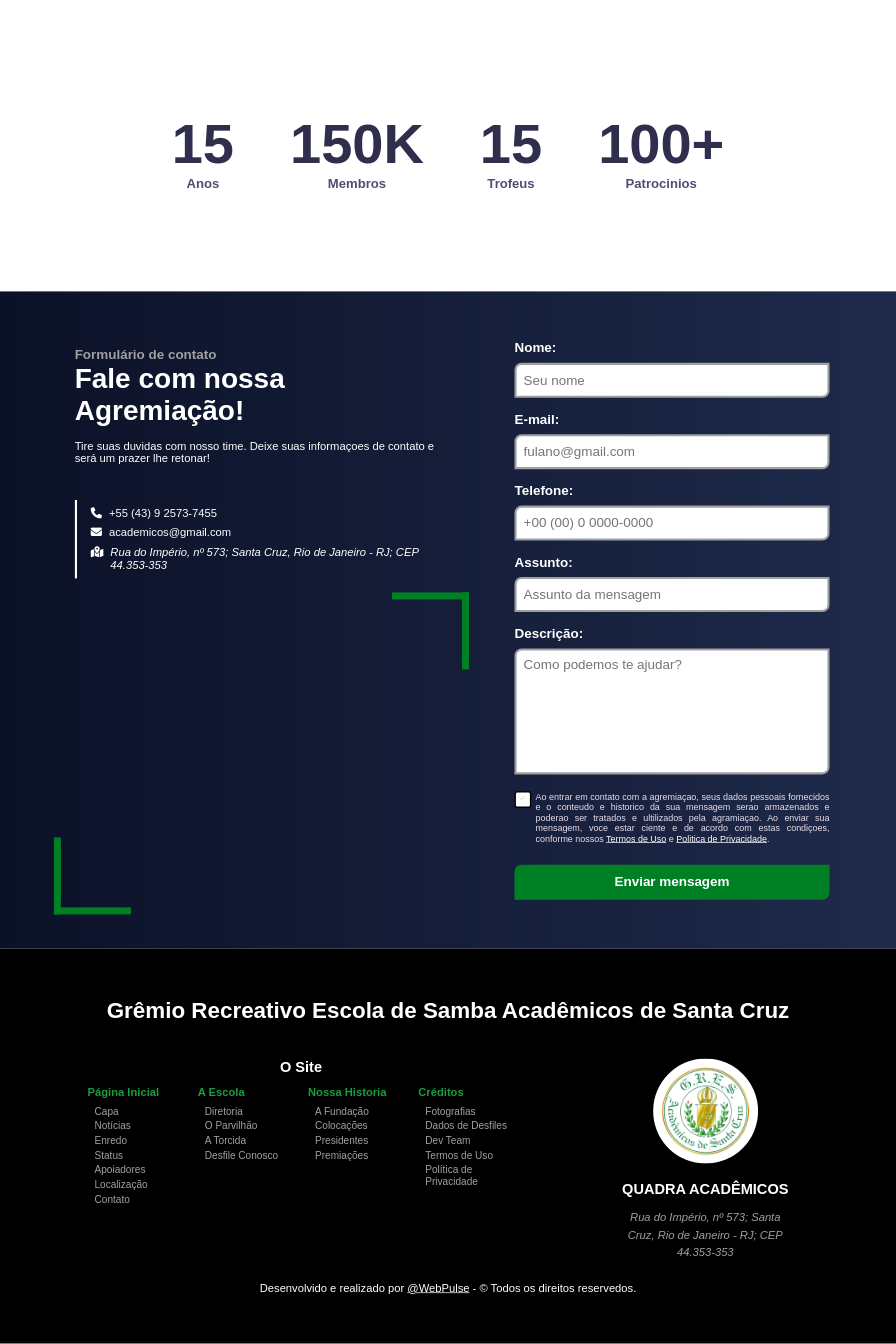
Repository: Lorsuz/gresasco
Page: index.html
These files come from the project's save history. The page is drawn as it stood at one moment and after the next save; the edit follows.
The browser window is 1280 px wide. The pictures show the part of the page from y = 2645 to 4565 px (the page is 4565 px tall before and 4159 px after), at 70% of full size.
Pictures or frames that could not be fetched are drawn as grey boxes. Some web fonts or font styles are not loaded; a fallback is used. The style sheet was rebuilt from its Sass, Less or Tailwind sources for each picture, by a compiler version that may differ from the author's.

Above is the page before, as saved 2023-11-07 11:04:53.

### index.html
<!DOCTYPE html>
<html lang="en">
	<head>
		<meta charset="UTF-8">
		<meta name="viewport" content="width=device-width, initial-scale=1.0">
		<link rel="shortcut icon" href="./components/assets/images/logo - gresasc.jpg" type="image/x-icon">
		<title>Home</title>
		<link rel="stylesheet" href="./components/css/partials/header.css">
		<link rel="stylesheet" href="./components/css/index.css">
		<link rel="stylesheet" href="./components/css/partials/footer.css">
		<link rel="stylesheet" href="https://cdnjs.cloudflare.com/ajax/libs/font-awesome/6.4.2/css/all.min.css" integrity="sha512-z3gLpd7yknf1YoNbCzqRKc4qyor8gaKU1qmn+CShxbuBusANI9QpRohGBreCFkKxLhei6S9CQXFEbbKuqLg0DA==" crossorigin="anonymous" referrerpolicy="no-referrer" />
		<link rel="stylesheet" href="https://cdn.jsdelivr.net/npm/swiper@11/swiper-bundle.min.css" />
		<link rel="stylesheet" href="https://cdn.jsdelivr.net/npm/bootstrap-icons@1.11.1/font/bootstrap-icons.css">
	</head>
	<body>
		<header class="wrapper">
			<article class="nav-bar wrapper__container">
				<section class="logo">
					<img src="./components/assets/images/logo - gresasc.jpg" alt="">
				</section>
				<nav>
					<ul>
						<li><a href="#">Página Inicial</a></li>
						<li><a href="#">A Escola</a></li>
						<li><a href="#">Nossa Historia</a></li>
						<li><a href="#">Socio Torcedor</a></li>
						<li><a href="#">Créditos</a></li>
					</ul>
				</nav>
			</article>
		</header>
		<main class="">
			<section class="cover wrapper">
				<div class="wrapper__container">
					<div class="left">
						<div class="container">
							<h2>Grêmio Recreativo Escola de Samba</h2>
							<h1>Acadêmicos de Santa Cruz</h1>
							<p>Bem-vindos! Aqui o samba é vida, a cultura é paixão e a alegria é eterna. No coração de Santa Cruz,
								encontre a felicidade em cada batida de tambor. Feliz da vida é quem tem a Santa Cruz no coração.</p>
							<a href="./components/pages/not-found.html">Ir para Loja</a>
						</div>
					</div>
					<div class="right">
						<div class="img">
							<img src="./components/assets/images/logo - gresasc.jpg" alt="">
						</div>
						<ul class="social-links">
							<li>
								<a href="">
									<i class="fa-brands fa-instagram"></i>
								</a>
							</li>
							<li>
								<a href="">
									<i class="fa-brands fa-facebook"></i>
								</a>
							</li>
							<li>
								<a href="">
									<i class="fa-brands fa-youtube"></i>
								</a>
							</li>
							<li>
								<a href="">
									<i class="fa-brands fa-x-twitter"></i>
								</a>
							</li>
						</ul>
					</div>
				</div>
			</section>
			<article class="nav-info">
				<section class="contact">
					<div>
						<i class="fa-solid fa-phone"></i>
						<span>+55 (43) 9 3421-7348</span>
					</div>
					<div>
						<i class="fa-solid fa-envelope"></i>
						<span>gresasc@academicos.com</span>
					</div>
				</section>
				<p>Siga-nos e consiga a chance de ganhar 80% de desconto</p>
				<section class="social-network">
					<span>Redes Sociais:</span>
					<div>
						<a href=""><i class="fa-brands fa-twitter"></i></a>
						<a href=""><i class="fa-brands fa-instagram"></i></a>
						<a href=""><i class="fa-brands fa-youtube"></i></a>
						<a href=""><i class="fa-brands fa-facebook"></i></a>
					</div>
				</section>
			</article>
			<section class="banner">
				<ul class="slides">
					<li>
						<div class="img">
							<img src="components/assets/carnaval-banner.png" alt="">
						</div>
						<div class="text">
							<h2>Evento Academicos</h2>
							<p>Lorem ipsum dolor sit amet consectetur adipisicing elit. Similique deleniti maxime neque, laudantium architecto incidunt placeat labore quaerat atque dolorum?</p>
							<a href="" class="button">Comece agora</a>
						</div>
					</li>
				</ul>
				<button class="prev"><i class="fa-solid fa-chevron-left"></i></button>
				<button class="next"><i class="fa-solid fa-chevron-right"></i></button>
				<ul class="pagination">
					<li class="dot active"></li>
					<li class="dot"></li>
					<li class="dot"></li>
					<li class="dot"></li>
					<li class="dot"></li>
				</ul>
			</section>
			<section class="plot wrapper">
				<div class="description">
					<h2>Enredo 2024</h2>
					<h1>As bruxas estão soltas!</h1>
					<p>O enredo "As Bruxas Estão Soltas!" celebra o poder feminino, explorando a manifestação das energias
						ancestrais através da Deusa Terra e dos quatro elementos da criação.
					</p>
					<p> A narrativa aborda a conexão entre passado e presente, destacando as mulheres que, ao longo da
						história,
						detinham conhecimentos medicinais e
						espirituais, mas foram perseguidas sob a acusação de bruxaria.
					</p>
					<p>O enredo também aborda a resistência dessas
						mulheres e sua contínua luta contra o machismo e a intolerância, honrando a força do sagrado feminino e
						a
						capacidade de voar além dos limites impostos, como estrelas brilhantes no céu.</p>
					<span>Iae, gostou? Para ter acesso a nossa sinopse completa basta baixar o PDF a baixo:</span>
					<button class="custom-button">Baixar Sinopse</button>
				</div>
				<div class="disc-cover">
					<img src="./components/assets/images/Plot/plot-2024.jpeg" alt="Logo Enredo-2024">
					<div class="icons">
						<button id="play-song">
							<i class="bi bi-play"></i>
						</button>
						<button id="pause-song">
							<i class="bi bi-pause"></i>
						</button>
						<div class="player-bars"></div>
					</div>
				</div>
				<script>
					var playSong = document.getElementById( 'play-song' );
					var pauseSong = document.getElementById( 'pause-song' );
					var barsContainer = document.querySelector( '.player-bars' );

					var audio = new Audio( './components/assets/audio/aplot-song.mpeg' );

					for ( var i = 0; i < 100; i++ ) {
						var bar = document.createElement( 'div' );
						bar.classList.add( 'bar' );
						barsContainer.appendChild( bar );
					}

					var bars = document.querySelectorAll( '.bar' );

					playSong.addEventListener( 'click', function () {
						audio.play();
						playSong.style.display = 'none';
						pauseSong.style.display = 'block';
						bars.forEach( function ( bar, index ) {
							<!-- bar.style.animation = `ocilation 1s infinite alternate ${index * (Math.random() * 0.05)}s`; -->
							bar.style.animation = `ocilation 1s forwards`;
						} );
					} );

					pauseSong.addEventListener( 'click', function () {
						audio.pause();

						playSong.style.display = 'block';
						pauseSong.style.display = 'none';

						bars.forEach( function ( bar ) {
							<!-- bar.style.animationPlayState = 'paused'; -->
							bar.style.animation = `ocilation 1s backwards`;
						} );
					} );

				</script>
			</section>
			<section class="sponsors">
				<h1>Patrocinadores e Apoiadores</h1>
				<div class="swiper">
					<div class="swiper-wrapper"></div>
					<div class="swiper-pagination"></div>
				</div>
			</section>
			<section class="details">
				<ul>
					<li>
						<h2>15</h2>
						<h3>Anos</h3>
					</li>
					<li>
						<h2>150K</h2>
						<h3>Membros</h3>
					</li>
					<li>
						<h2>15</h2>
						<h3>Trofeus</h3>
					</li>
					<li>
						<h2>100+</h2>
						<h3>Patrocinios</h3>
					</li>
				</ul>
			</section>
			<section class="contact wrapper">
				<div class="text">
					<h3>Formulário de contato</h3>
					<h2>Fale com nossa Agremiação!</h2>
					<p>Tire suas duvidas com nosso time. Deixe suas informaçoes de contato e será um prazer lhe retonar!</p>
					<ul class="info">
						<li><i class="fa-solid fa-phone"></i><span></span> +55 (43) 9 2573-7455</li>
						<li><i class="fa-solid fa-envelope"></i><span></span> academicos@gmail.com</li>
						<li><i class="fa-solid fa-map-location-dot"></i>
							<address>Rua do Império, nº 573; Santa Cruz, Rio de Janeiro - RJ; CEP 44.353-353</address>
						</li>
					</ul>
					<div class="map">
						<iframe src="https://www.google.com/maps/embed?pb=!1m18!1m12!1m3!1d3674.902216920123!2d-43.69324992558163!3d-22.916977238233624!2m3!1f0!2f0!3f0!3m2!1i1024!2i768!4f13.1!3m3!1m2!1s0x9bf7524c69eb5b%3A0xc5d324fb7fbbd336!2sR.%20do%20Imp%C3%A9rio%2C%20573%20-%20Santa%20Cruz%2C%20Rio%20de%20Janeiro%20-%20RJ%2C%2023555-024!5e0!3m2!1spt-BR!2sbr!4v1698871972883!5m2!1spt-BR!2sbr" width="600" height="450" style="border:0;" allowfullscreen="" loading="lazy" referrerpolicy="no-referrer-when-downgrade"></iframe>
					</div>
				</div>
				<div class="form">
					<form action="">
						<div>
							<label for="">Nome:</label>
							<input type="text" name="" id="" placeholder="Seu nome">
						</div>
						<div>
							<label for="">E-mail:</label>
							<input type="text" name="" id="" placeholder="fulano@gmail.com">
						</div>
						<div>
							<label for="">Telefone:</label>
							<input type="text" name="" id="" placeholder="+00 (00) 0 0000-0000">
						</div>
						<div>
							<label for="">Assunto:</label>
							<input type="text" name="" id="" placeholder="Assunto da mensagem">
						</div>
						<div>
							<label for="">Descrição:</label>
							<textarea name="" id=cols="30" rows="10" placeholder="Como podemos te ajudar?"></textarea>
						</div>
						<div class="agree-terms">
							<input type="checkbox" name="" id="terms">
							<label for="terms">Ao entrar em contato com a agremiaçao, seus dados pessoais fornecidos e o conteudo e historico da sua mensagem serao armazenados e poderao ser tratados e ultilizados pela agramiaçao. Ao enviar sua mensagem, voce estar ciente e de acordo com estas condiçoes, conforme nossos <a href="">Termos de Uso</a> e <a href="">Politica de Privacidade</a>.</label>
						</div>
						<button type="submit">Enviar mensagem</button>
					</form>
				</div>
			</section>
		</main>
		<footer>
			<h1>Grêmio Recreativo Escola de Samba Acadêmicos de Santa Cruz</h1>
			<section class="container wrapper">
				<article class="structure">
					<h2>O Site</h2>
					<ul>
						<li><a href="#">Página Inicial</a>
							<ul>
								<li><a href="">Capa</a></li>
								<li><a href="">Notícias</a></li>
								<li><a href="">Enredo</a></li>
								<li><a href="">Status</a></li>
								<li><a href="">Apoiadores</a></li>
								<li><a href="">Localização</a></li>
								<li><a href="">Contato</a></li>
							</ul>
						</li>
						<li><a href="#">A Escola</a>
							<ul>
								<li><a href="">Diretoria</a></li>
								<li><a href="">O Parvilhão</a></li>
								<li><a href="">A Torcida</a></li>
								<li><a href="">Desfile Conosco</a></li>
							</ul>
						</li>
						<li><a href="#">Nossa Historia</a>
							<ul>
								<li><a href="">A Fundação</a></li>
								<li><a href="">Colocações</a></li>
								<li><a href="">Presidentes</a></li>
								<li><a href="">Premiações</a></li>
							</ul>
						</li>
						<li><a href="#">Créditos</a>
							<ul>
								<li><a href="">Fotografias</a></li>
								<li><a href="">Dados de Desfiles</a></li>
								<li><a href="">Dev Team</a></li>
								<li><a href="">Termos de Uso</a></li>
								<li><a href="">Política de Privacidade</a></li>
							</ul>
						</li>
				</article>
				<article class="address">
					<img src="./components/assets/images/Logo/santa-cruz-logo-removebg-preview.png" alt="Logo da escola">
					<h2>QUADRA ACADÊMICOS</h2>
					<address>Rua do Império, nº 573; Santa Cruz, Rio de Janeiro - RJ; CEP 44.353-353</address>
				</article>
			</section>
			<p>Desenvolvido e realizado por <a href="">@WebPulse</a> - &copy; Todos os direitos reservedos.</p>
		</footer>
		<script type="module" src="./components/js/index.js" deffer></script>
		<script src="https://cdn.jsdelivr.net/npm/swiper@11/swiper-bundle.min.js" deffer></script>
	</body>
</html>

### components/sass/partials/header.scss
@import url("./global.css");

header {
	* {
		color: rgb(218, 218, 218);
	}

	.nav-bar {
		display: flex;
		justify-content: space-between;
		align-items: center;

		section {
			height: 70px;

			&.logo {
				display: flex;
				align-items: center;
				justify-content: center;

				img {
					width: 60px;
					margin-right: 15px;
				}

				span {
					font-size: 2rem;
					color: var(--color-text-soft);
					font-weight: bold;
				}
			}

		}

		nav {
			display: flex;

			ul {
				display: flex;

				li {
					margin: 0 20px;

					a {
						color: var(--color-text-soft);
						font-weight: bold;
						position: relative;

						&::after {
							content: "";
							width: 0%;
							position: absolute;
							height: 3px;
							background: var(--color-primary-soft);
							top: 100%;
							left: 0;
							transition: 300ms ease-in-out;
							transform-origin: right;
						}

						&:hover::after {
							width: 100%;
						}
					}
				}
			}

		}
	}
}

### components/sass/partials/footer.scss
@import url('./global.css');

footer {
	background: #000;
	padding: 70px 20px;

	* {
		color: #fff;
	}

	h1 {
		text-align: center;
		margin-bottom: 50px;
	}


	.container {
		grid-template-columns: repeat(12, 1fr);
		gap: 20px;
		margin-bottom: 30px;


		article {
			display: flex;
			flex-direction: column;
			align-items: center;

			h2 {
				font-size: 1.3rem;
				margin-bottom: 15px;
			}

			&.structure {
				grid-column: 2/8;

				> ul {
					display: grid;
					grid-template-columns: 1fr 1fr 1fr 1fr;
					justify-content: center;
					gap: 20px;

					> li {
						display: inline-block;
						grid-column: 1fr;

						> a {
							color: var(--color-primary-soft);
							font-size: 1rem;
							display: block;
							margin-bottom: 10px;
							font-weight: bold;

							&:hover {
								color: var(--color-primary);
								text-decoration: underline;

							}
						}

						> ul {
							> li {
								padding-left: 10px;

								> a {
									color: var(--color-gray);
									font-size: 0.9rem;
									margin-bottom: 5px;
									display: block;

									&:hover {
										color: var(--color-white);
										text-decoration: underline;
									}
								}
							}
						}
					}
				}
			}

			&.address {
				grid-column: 9/12;


				img {
					width: 150px;
					margin-bottom: 30px;
					border-radius: 50%;
					margin-bottom: 25px;
					background: #fff;
					width: 150px;
				}

				address {
					text-align: center;
					width: 80%;
					line-height: 25px;
					color: var(--color-gray);

				}

			}
		}
	}

	> p {
		text-align: center;

		a {
			text-decoration: underline;
		}
	}
}

### components/sass/partials/global.scss
@import url("https://fonts.googleapis.com/css2?family=Clicker+Script&display=swap");
@import url('https://fonts.googleapis.com/css2?family=Poppins:ital,wght@0,100;0,200;0,300;0,400;0,500;0,600;0,700;0,800;0,900;1,100;1,200;1,300;1,400;1,500;1,600;1,700;1,800;1,900&display=swap');

@font-face {
	font-family: wedding;
	src: url("/components/assets/fonts/Wedding\ Text\ Std\ Regular.otf");
}

@font-face {
	font-family: Poppins;
	src: url("https://fonts.googleapis.com/css2?family=Poppins:ital,wght@0,100;0,200;0,300;0,400;0,500;0,600;0,700;0,800;0,900;1,100;1,200;1,300;1,400;1,500;1,600;1,700;1,800;1,900&display=swap");
}

// @import "./animations/@keyframes.css";

:root {

	--color-primary: #008025;
	--color-black: #000000;
	--color-white: #ffffff;
	--color-gray: #a0a0a0;
	--color-text: #302e4d;

	--color-primary-soft: #1a9d40;
	--color-black-soft: #252525;
	--color-white-soft: #f2f2fc;
	--color-gray-soft: #e8dfec;
	--color-text-soft: #504e70;
}

button {
	cursor: pointer;

	* {
		cursor: pointer;
	}

	i {
		color: var(--color-primary);
		font-size: 25px;
		transition: transform 500ms ease-in-out;
	}
}

* {
	margin: 0;
	padding: 0;
	outline: none;
	border: none;
	text-decoration: none;
	box-sizing: border-box;
	list-style: none;
	font-family: "Poppins", sans-serif;
	font-family: Arial, Helvetica, sans-serif;
	transition: 300ms ease-in-out;
	// outline: 1px dotted;
	color: var(--color-black-soft);
	background: transparent;
}

body {
	width: 100vw;
	overflow-x: hidden;

	&::-webkit-scrollbar {
		width: 5px;
	}

	&::-webkit-scrollbar-track {
		background: var(--background-middle);
	}

	&::-webkit-scrollbar-thumb {
		background: var(--color-primary);
		border-radius: 10px;
	}
}

main {
	min-height: 100vh;

}

.wrapper {
	display: grid;
	grid-template-columns: repeat(12, 1fr);

	.wrapper__container {
		grid-column: 2 / 12;
	}
}

.custom-button {
	display: inline-block;
	padding: 10px 50px;
	background: var(--color-primary-soft);
	color: var(--color-white);
	font-weight: bold;
	border-radius: 10px 0;
	font-size: 1.1rem;

	&:hover {
		background: var(--color-primary);
		border-radius: 0px 10px;
	}
}

Loaded but not shown: components/json/data.json (32 lines, source omitted); components/js/classes/SwiperConfigSponsors.js (34 lines, source omitted); components/js/APIs/Sponsors.js (19 lines, source omitted); components/js/functions/Swiper.js (7 lines, source omitted); components/js/index.js (1 lines, source omitted); components/sass/index.scss (742 lines, source omitted)

After the next save:
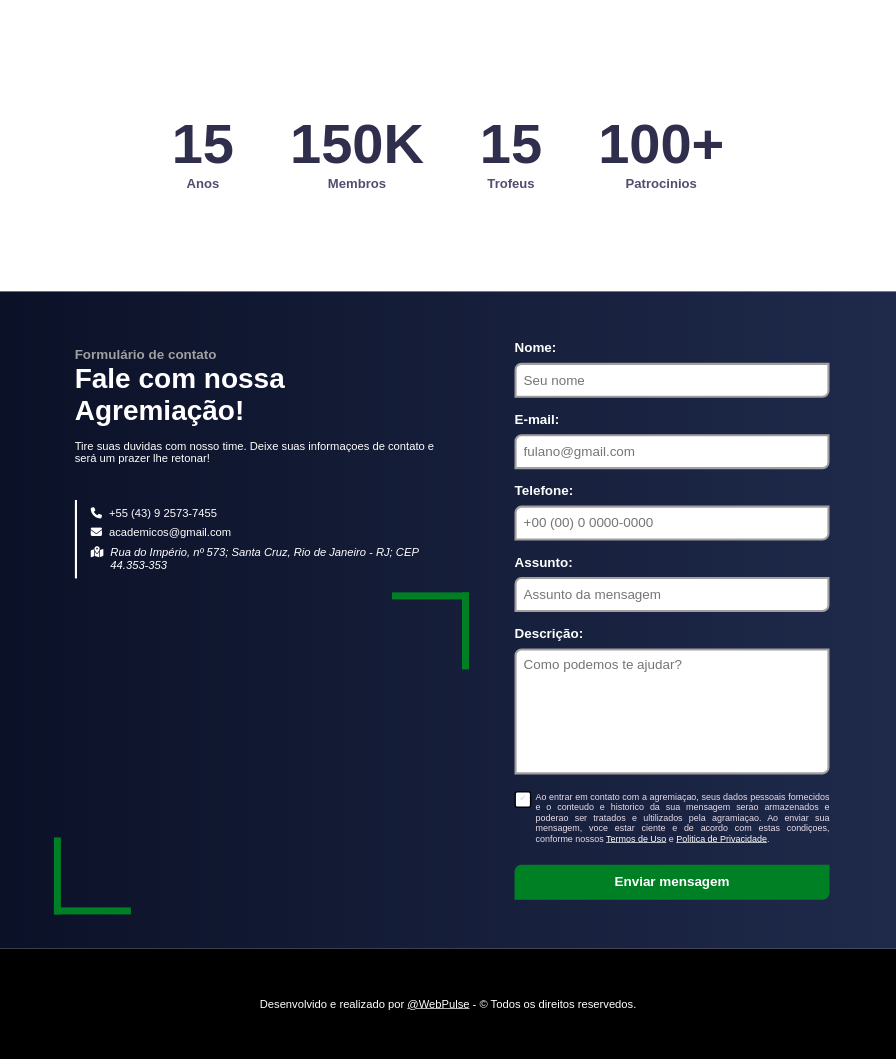
Saved 42 min 2 s later.
--- a/index.html
+++ b/index.html
@@ -260,54 +260,7 @@
 			</section>
 		</main>
 		<footer>
-			<h1>Grêmio Recreativo Escola de Samba Acadêmicos de Santa Cruz</h1>
-			<section class="container wrapper">
-				<article class="structure">
-					<h2>O Site</h2>
-					<ul>
-						<li><a href="#">Página Inicial</a>
-							<ul>
-								<li><a href="">Capa</a></li>
-								<li><a href="">Notícias</a></li>
-								<li><a href="">Enredo</a></li>
-								<li><a href="">Status</a></li>
-								<li><a href="">Apoiadores</a></li>
-								<li><a href="">Localização</a></li>
-								<li><a href="">Contato</a></li>
-							</ul>
-						</li>
-						<li><a href="#">A Escola</a>
-							<ul>
-								<li><a href="">Diretoria</a></li>
-								<li><a href="">O Parvilhão</a></li>
-								<li><a href="">A Torcida</a></li>
-								<li><a href="">Desfile Conosco</a></li>
-							</ul>
-						</li>
-						<li><a href="#">Nossa Historia</a>
-							<ul>
-								<li><a href="">A Fundação</a></li>
-								<li><a href="">Colocações</a></li>
-								<li><a href="">Presidentes</a></li>
-								<li><a href="">Premiações</a></li>
-							</ul>
-						</li>
-						<li><a href="#">Créditos</a>
-							<ul>
-								<li><a href="">Fotografias</a></li>
-								<li><a href="">Dados de Desfiles</a></li>
-								<li><a href="">Dev Team</a></li>
-								<li><a href="">Termos de Uso</a></li>
-								<li><a href="">Política de Privacidade</a></li>
-							</ul>
-						</li>
-				</article>
-				<article class="address">
-					<img src="./components/assets/images/Logo/santa-cruz-logo-removebg-preview.png" alt="Logo da escola">
-					<h2>QUADRA ACADÊMICOS</h2>
-					<address>Rua do Império, nº 573; Santa Cruz, Rio de Janeiro - RJ; CEP 44.353-353</address>
-				</article>
-			</section>
+
 			<p>Desenvolvido e realizado por <a href="">@WebPulse</a> - &copy; Todos os direitos reservedos.</p>
 		</footer>
 		<script type="module" src="./components/js/index.js" deffer></script>
